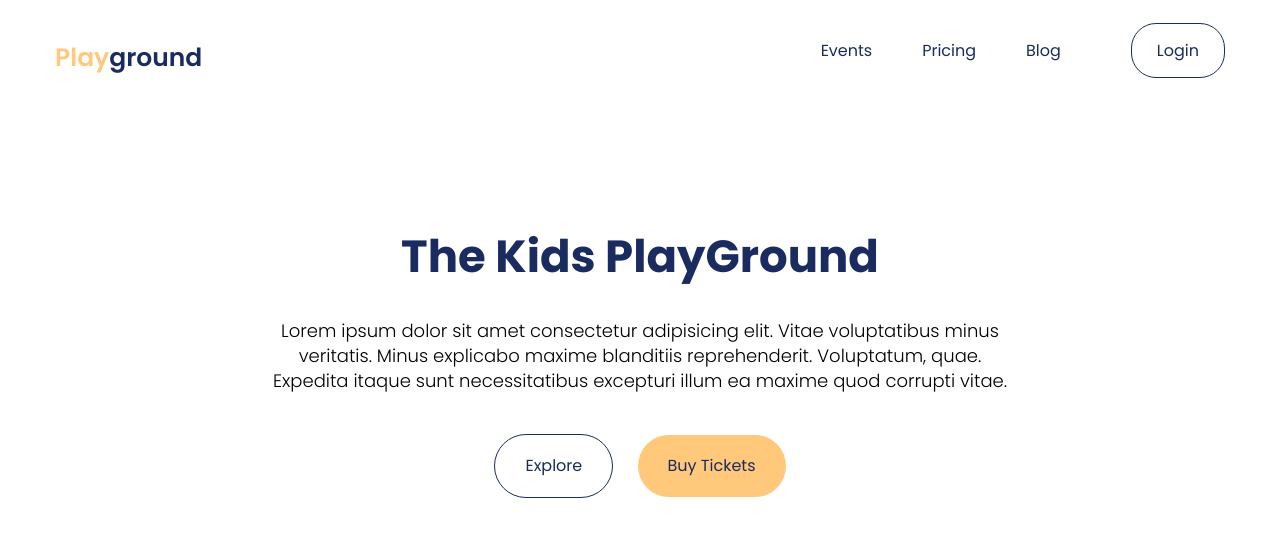
Repository: khuong30082000/the-playground
Page: index.html
An editor plug-in stored every save of this project. The page is shown before and after the next save, followed by the edit.
The browser window is 1280 px wide. The pictures show the whole page.
The style sheet was rebuilt from its Sass, Less or Tailwind sources for each picture, by a compiler version that may differ from the author's.

Above is the page before, as saved 2022-06-20 12:30:04.

### index.html
<!DOCTYPE html>
<html lang="en">
  <head>
    <meta charset="UTF-8" />
    <meta http-equiv="X-UA-Compatible" content="IE=edge" />
    <meta name="viewport" content="width=device-width, initial-scale=1.0" />
    <title>Document</title>
    <link rel="stylesheet" href="css/style.css" />
    <link rel="preconnect" href="https://fonts.googleapis.com" />
    <link rel="preconnect" href="https://fonts.gstatic.com" crossorigin />
    <link
      href="https://fonts.googleapis.com/css2?family=Poppins:wght@300;400;600;700&display=swap"
      rel="stylesheet"
    />
    <link
      rel="stylesheet"
      href="https://cdn.jsdelivr.net/npm/@fortawesome/fontawesome-free@5.15.4/css/fontawesome.min.css"
    />
  </head>

  <body>
    <div class="wrapper">
      <header class="header">
        <div class="container header__inner">
          <a href="" class="header__logo">
            <span class="header__text">Play</span>ground
          </a>
          <nav class="header__menu">
            <ul class="header__menu-list">
              <li class="header__menu-item">
                <a href="" class="header__menu-link">Events</a>
              </li>
              <li class="header__menu-item">
                <a href="" class="header__menu-link">Pricing</a>
              </li>
              <li class="header__menu-item">
                <a href="" class="header__menu-link">Blog</a>
              </li>
              <li class="header__menu-item ">
                <a href="" class="header__menu-link header__menu-login">Login</a>
              </li>
            </ul>
          </nav>
        </div>
      </header>
      <section class="banner">
        <div class="container">
            <h1 class="banner__heading">The Kids PlayGround</h1>
            <p class="banner__desc">Lorem ipsum dolor sit amet consectetur adipisicing elit. Vitae voluptatibus minus veritatis. Minus explicabo maxime blanditiis reprehenderit. Voluptatum, quae. Expedita itaque sunt necessitatibus excepturi illum ea maxime quod corrupti vitae.</p>
            <div class="banner__buttons">
                  <a href="" class="btn btn--border btn--rounded">Explore</a>
                  <a href="" class="btn btn--primary btn--rounded">Buy Tickets</a>
            </div>
        </div>
      </section>
    </div>
  </body>
</html>

### scss/style.scss
@import "./variable";
@import "./mixins";
@import "./base";
@import  "./header";
@import "./banner";
@import "./category";

### scss/_variable.scss
$primary-color:#ffc87a;
$text-color:#1a2b5f

### scss/_mixins.scss
@mixin flex($align:flex-start,$justify:flex-start,$wrap:nowrap) {
   display:flex;
   align-items: $align;
   justify-content: $justify;
   flex-wrap: $wrap;
}

### scss/_base.scss
*,
*::before,
*::after {
    box-sizing: border-box;
}
* {
    margin: 0;
}

html,
body {
    height: 100%;
    font-size: 62.5%;
}
a {
    text-decoration: none;
}
ul {
    list-style: none;;
}
body {
    line-height: 1.5;
    -webkit-font-smoothing: antialiased;
    -webkit-tap-highlight-color: rgba(0, 0, 0, 0);
}
img {
    display: block;
    max-width: 100%;
}

input,
button,
textarea,
select {
    font: inherit;
    outline: none;
    border: none;
}
p,
h1,
h2,
h3,
h4,
h5,
h6 {
    overflow-wrap: break-word;
}
body {
    font-family: "Poppins", sans-serif;
    font-size: 1.6rem;
    line-height: 1.4;

}
.wrapper {
    max-width: 1440px;
    margin: auto ;
}
.container {
    max-width: 1210px;
    padding-left: 20px;
    padding-right: 20px;
    margin: 0 auto;
}
.btn {
    cursor: pointer;
    outline: none;
    text-align: center;
    font-size: 1.6rem;
    color: $text-color;
    display: inline-block;
    padding: 20px 30px;
    border: 0;
    background-color: transparent;
    &--border {
        border: 1px solid currentColor;
    }
    &--rounded {
        border-radius: 50px;
    }
    &--primary {
        background-color: $primary-color;
    }
}

### scss/_header.scss
.header {
  padding-top: 40px;
  &__logo {
    font-size: 2.5rem;
    font-weight: 600;
    color: $text-color;
  }
  &__text {
    color: $primary-color;
  }
  &__inner {
    display: flex;
    justify-content: space-between;
  }

  &__menu-list {
    display: flex;
    align-items: center;
  }
  &__menu-item {
    margin-left: 50px;

  }
  &__menu-item:last-child {
    margin-left: 70px;
  }
  &__menu-link {
    font-size: 1.6rem;
    color: $text-color;
    transition: color .25s linear,border .25s linear;
    &:hover {
      color: $primary-color;
    }
  }
  &__menu-login {
    padding:15px 25px;
    border:1px solid currentColor;
    border-radius: 25px;
  }
}

### scss/_banner.scss
.banner{
    padding-top: 150px;
    margin: 0 auto;
    max-width: 800px;
    text-align: center;
    &__heading {
       font-weight: 700;
       font-size: 4.5rem;
       margin-bottom: 30px;
       color:$text-color;
    }
    &__desc{
        margin-bottom:20px;
        font-size: 1.8rem;
        font-weight: 300;
        margin-bottom: 40px;
    }
    &__buttons {
        .btn {
            margin:0 10px;
        }
    }
}

### scss/_category.scss
.category {
    padding-bottom:20rem;
    &__list{
        display: flex;
        align-items: stretch;
        justify-content: space-between;
        gap:0 30px;
    }
    &__item {
        padding:2.5rem;
        background-color: $primary-color;
        border-radius: 20px;
    }
    &__image {
        border-radius: inherit;
        height: 23rem;
        width: 100%;
        object-fit: cover;
        margin-bottom: 4rem;
    }
    &__name {
        font-size: 2.5rem;
        margin-bottom: 2.5rem;
        white-space: normal;
        overflow: hidden;
        text-overflow: ellipsis;
    }
    &__details {
        color : #c6cad7;
        font-size: 1.4rem;
        i {
            margin-left:1.5rem;
        }
    }
}

After the next save:
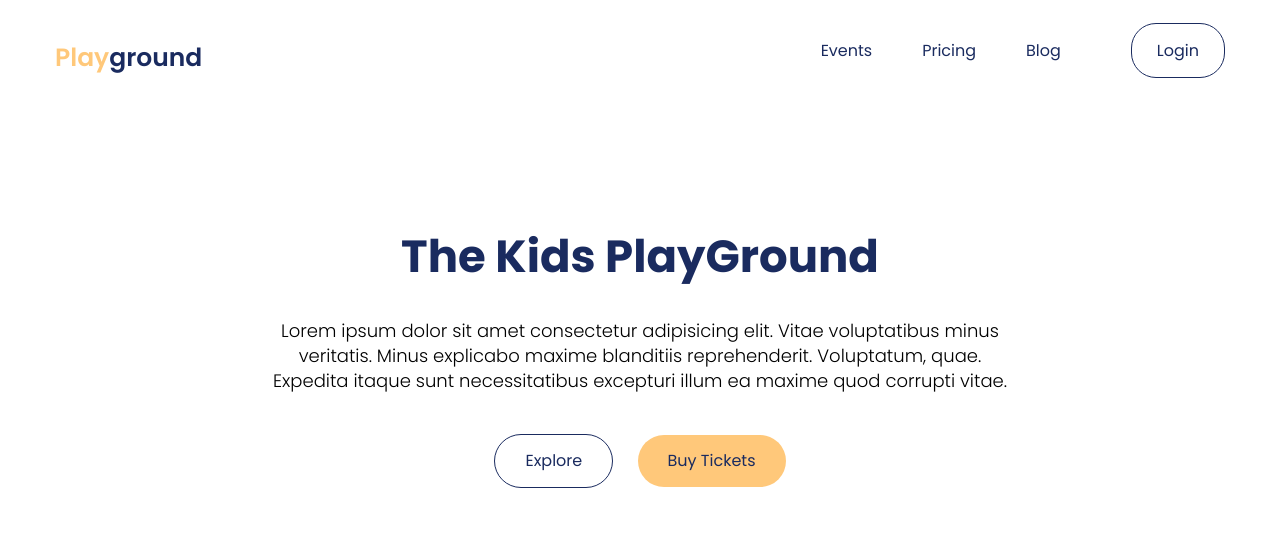
Saved 55 s later.
--- a/scss/_base.scss
+++ b/scss/_base.scss
@@ -68,7 +68,7 @@
     font-size: 1.6rem;
     color: $text-color;
     display: inline-block;
-    padding: 20px 30px;
+    padding: 15px 30px;
     border: 0;
     background-color: transparent;
     &--border {
